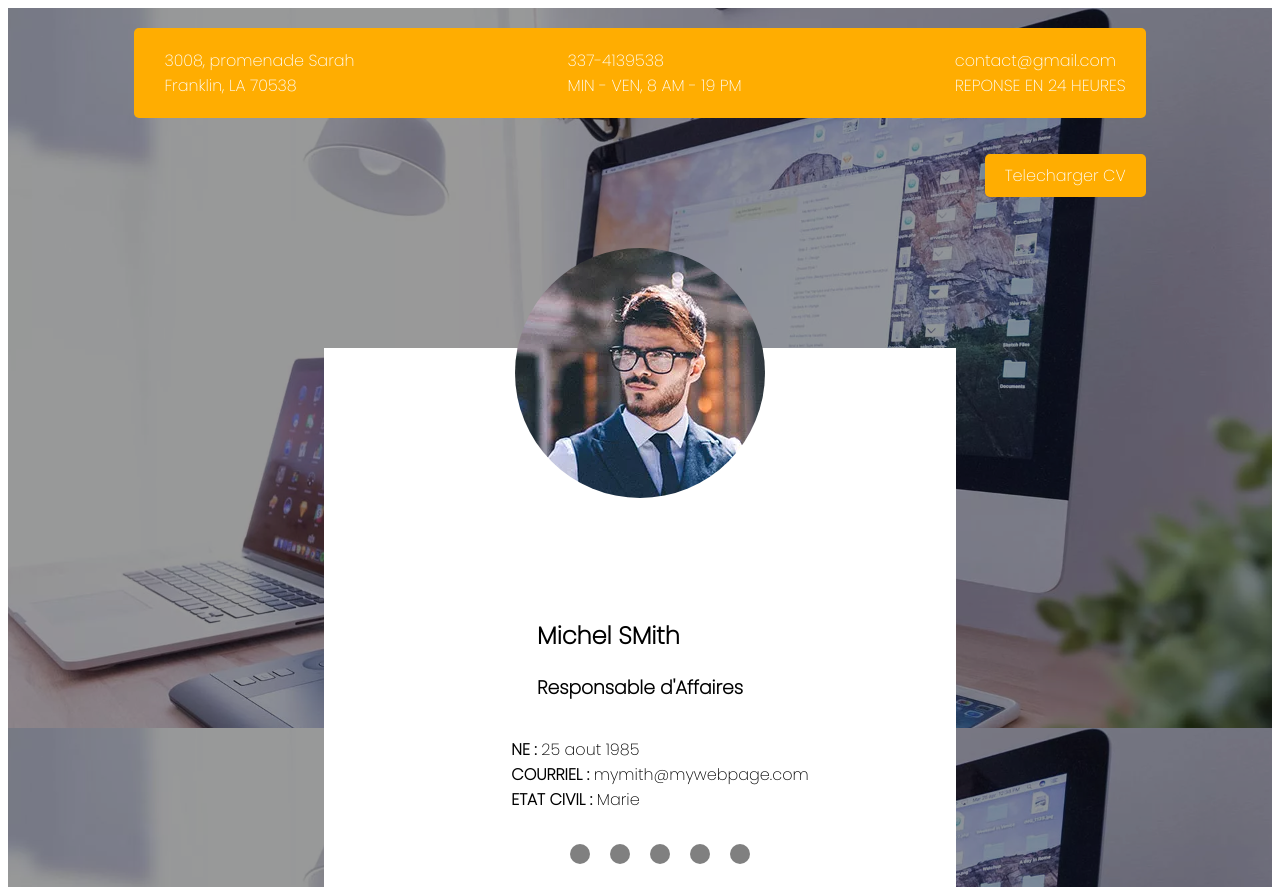
Repository: wadelfadill/CV_PORTFOLIO
Page: index.html
The author's editor kept a copy of each file at every save. The page is drawn from the files as they stood at one save, then again after the next save.
The browser window is 1280 px wide. The pictures show the whole page.
The pointer rests on the first visible `.download`.
Some icons come from a web library that is not loaded, so they are not drawn. Backgrounds fixed to the window are drawn as part of the page.

Above is the page before, as saved 2023-03-14 09:36:54.

After the next save:
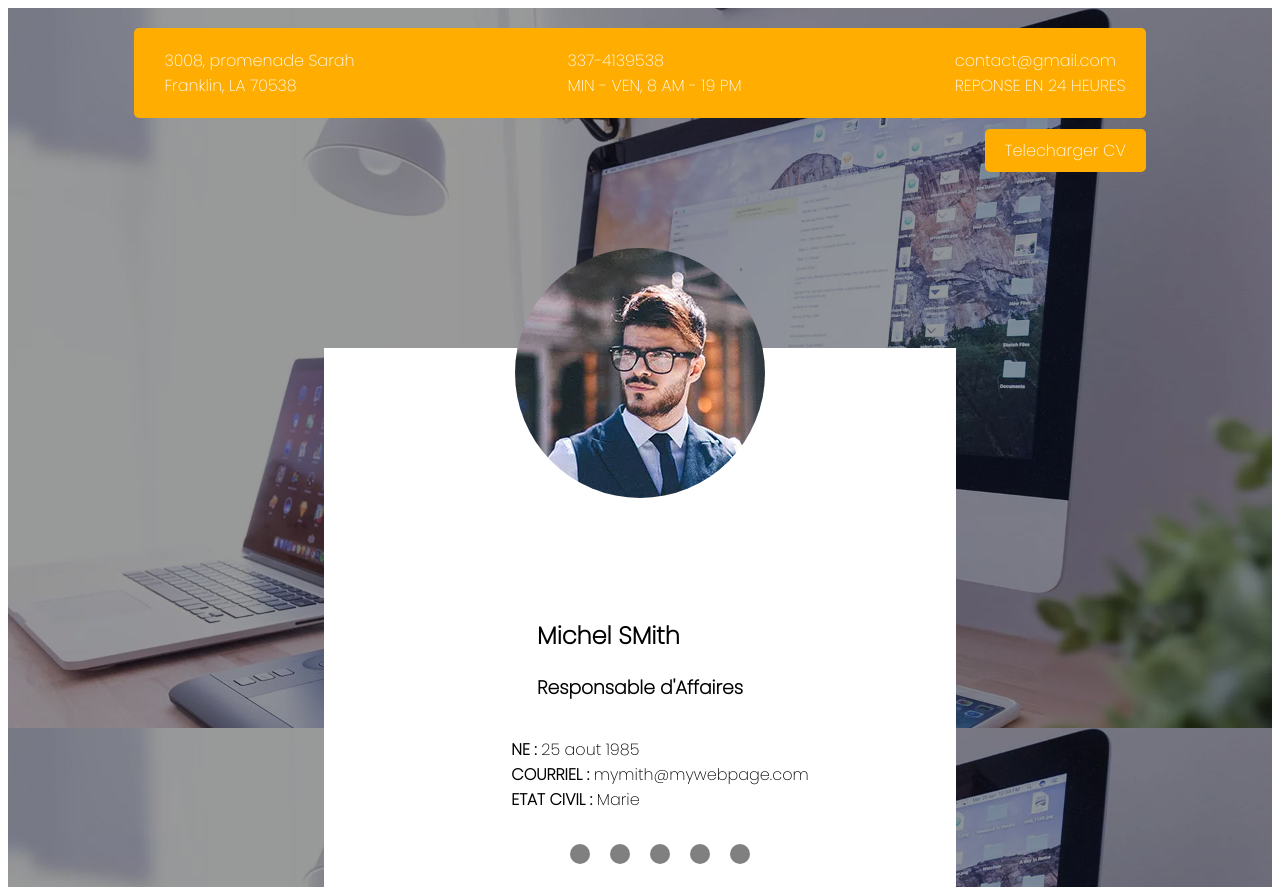
Saved 21 s later.
--- a/style.css
+++ b/style.css
@@ -63,7 +63,7 @@ header{
 
 }
 .download:hover {
-    transform: translate(0, 15px);
+    transform: translate(0, -10px);
 }
 
 .profil{
